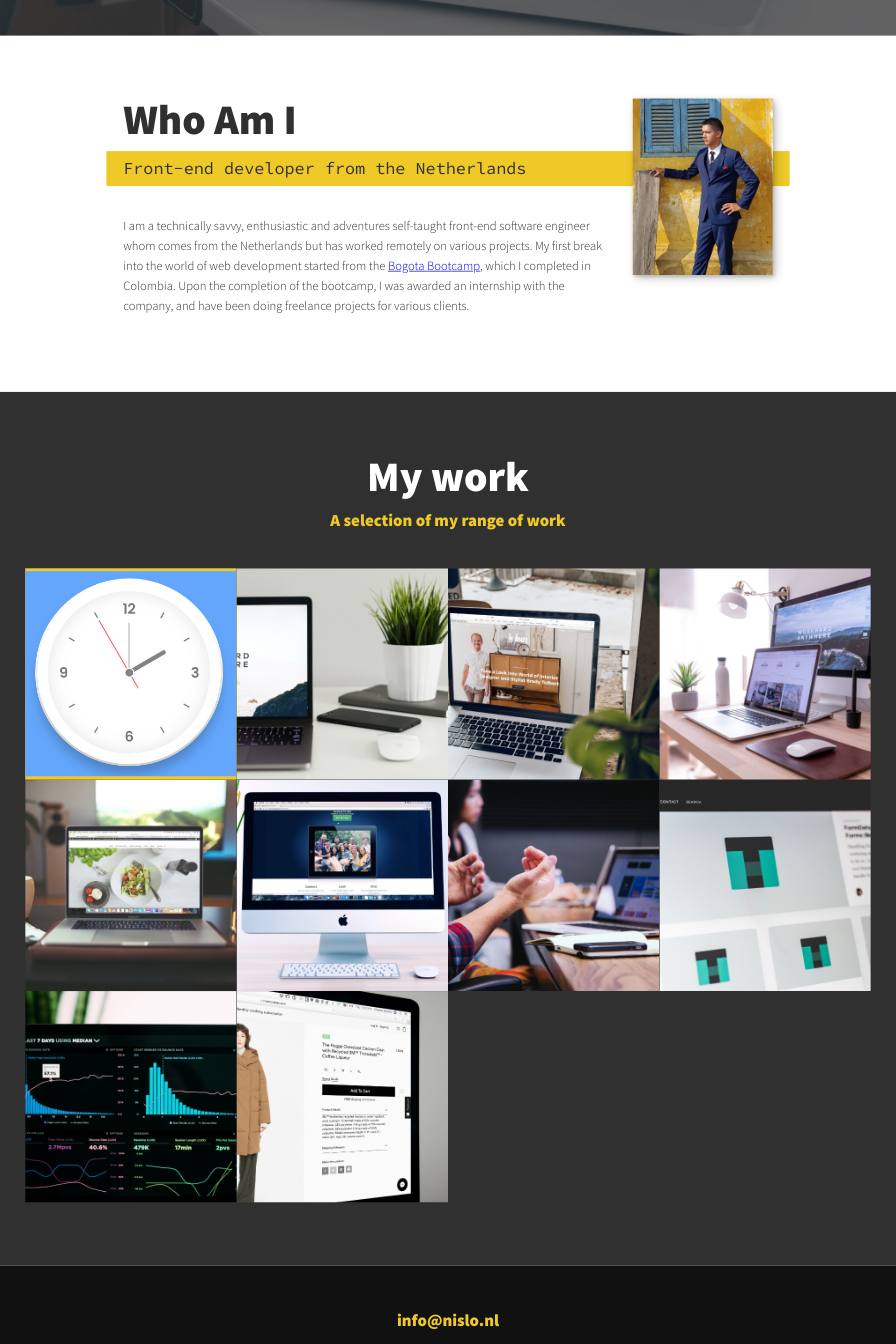
Repository: DaNiels89/portfolio
Page: index.html
An editor plug-in stored every save of this project. The page is shown before and after the next save, followed by the edit.
The browser window is 1280 px wide. The pictures show the part of the page from y = 1137 to 3057 px (the page is 3189 px tall), at 70% of full size.
Some web libraries are served in a nearby version.

Above is the page before, as saved 2020-06-20 15:05:47.

After the next save:
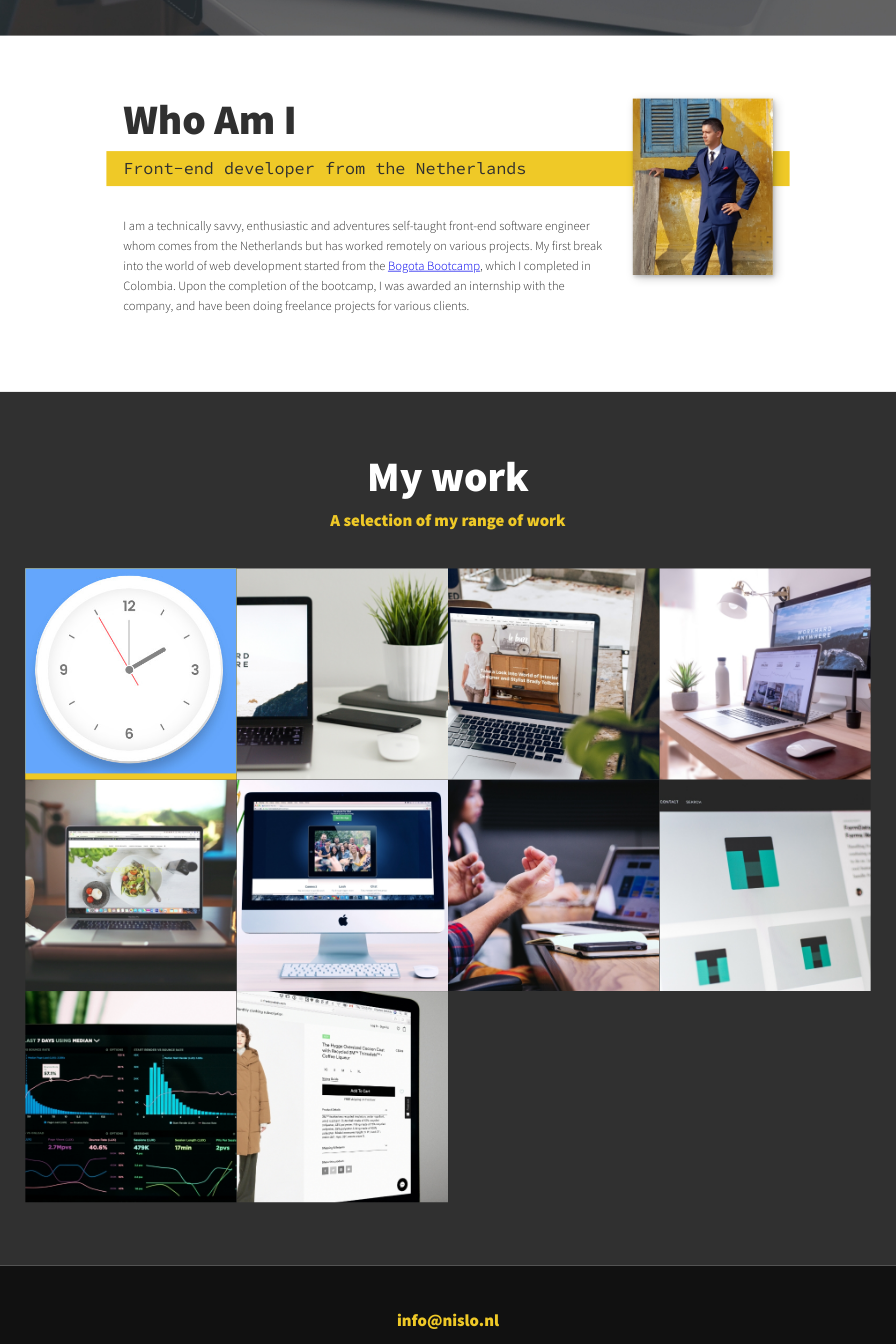
Saved 6 min 41 s later.
--- a/css/style.css
+++ b/css/style.css
@@ -486,7 +486,7 @@ header {
 
 /* Extra */
 
-#portfolio__item1 {
+.portfolio:first-child {
   display: flex;
   justify-content: center;
 }
